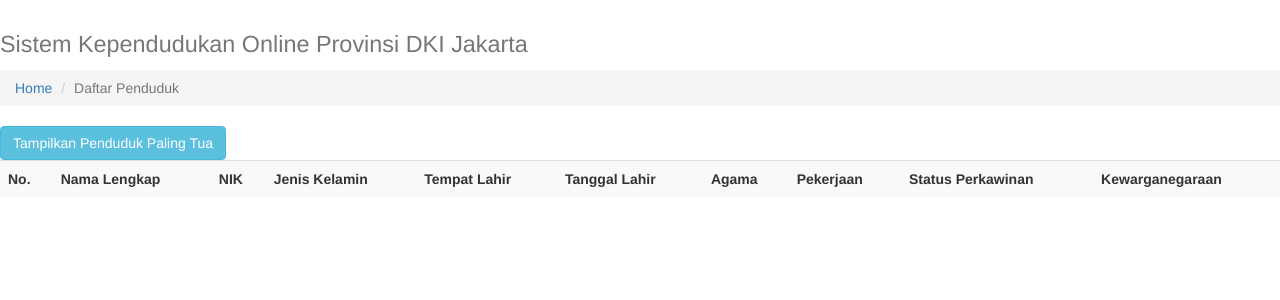
Repository: apap-2017/tugas1_1406544135
Page: http://localhost/list-penduduk
The author's editor kept a copy of each file at every save. The page is drawn from the files as they stood at one save, then again after the next save.
The browser window is 1280 px wide. The pictures show the whole page.
The page is this project's Thymeleaf template; nobody is signed in. The template is opened directly, without the code that normally fills it, so the values that code supplies are empty.

Above is the page before, as saved 2017-10-20 05:16:22.

### Tugas1_1406544135/src/main/resources/templates/list-penduduk.html
<!DOCTYPE html>
<html xmlns:th="http://www.thymeleaf.org">
   <head>
      <title>Siduk DKI</title>
        <link href="../../static/css/bootstrap.min.css" rel="stylesheet" th:href="@{/css/bootstrap.min.css}" />
    </head>

    <body>
	    <section class="content-header">
			<h1>
				<small>Sistem Kependudukan Online Provinsi DKI Jakarta</small>
			</h1>
			<ol class="breadcrumb">
				<li><a th:href="@{/}">Home</a></li>
				<li class="active">Daftar Penduduk</li>
			</ol>
		</section>
		<button type="button" class="btn btn-info btn-flat">Tampilkan Penduduk Paling Tua</button>
		<table class="table table-striped">
				<tbody>
						<tr>
							<td><strong>No.</strong></td>
							<td><strong>Nama Lengkap</strong></td>
							<td><strong>NIK</strong></td>
							<td><strong>Jenis Kelamin</strong></td>
							<td><strong>Tempat Lahir</strong></td>
							<td><strong>Tanggal Lahir</strong></td>
							<td><strong> Agama </strong></td>
							<td><strong> Pekerjaan </strong></td>
							<td><strong> Status Perkawinan </strong></td>
							<td><strong> Kewarganegaraan </strong></td>
						</tr>
					<div th:each="detailAnggota, iterationStatus: ${listPenduduk}">
						<tr>
							<td th:text="${iterationStatus.count}"></td>
							<td th:text="${detailAnggota.nama}"></td>
							<td th:text="${detailAnggota.nik}"></td>
							<td th:text="${detailAnggota.jenis_kelamin}"></td>
							<td th:text="${detailAnggota.tempat_lahir}"></td>
							<td th:text="${detailAnggota.tanggal_lahir}"></td>
							<td th:text="${detailAnggota.agama}"></td>
							<td th:text="${detailAnggota.pekerjaan}"></td>
							<td th:text="${detailAnggota.status_perkawinan}"></td>
							<td th:text="${detailAnggota.is_wni}"></td>
						</tr>
					</div>
				</tbody>
		</table>
    </body>
</html>

Loaded but not shown: Tugas1_1406544135/src/main/resources/static/css/bootstrap.min.css (library)

After the next save:
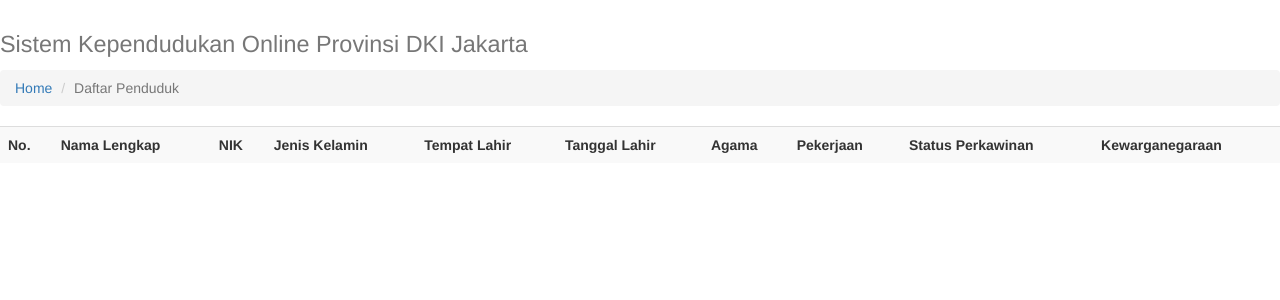
Saved 2 min 24 s later.
--- a/Tugas1_1406544135/src/main/resources/templates/list-penduduk.html
+++ b/Tugas1_1406544135/src/main/resources/templates/list-penduduk.html
@@ -15,7 +15,6 @@
 				<li class="active">Daftar Penduduk</li>
 			</ol>
 		</section>
-		<button type="button" class="btn btn-info btn-flat">Tampilkan Penduduk Paling Tua</button>
 		<table class="table table-striped">
 				<tbody>
 						<tr>
